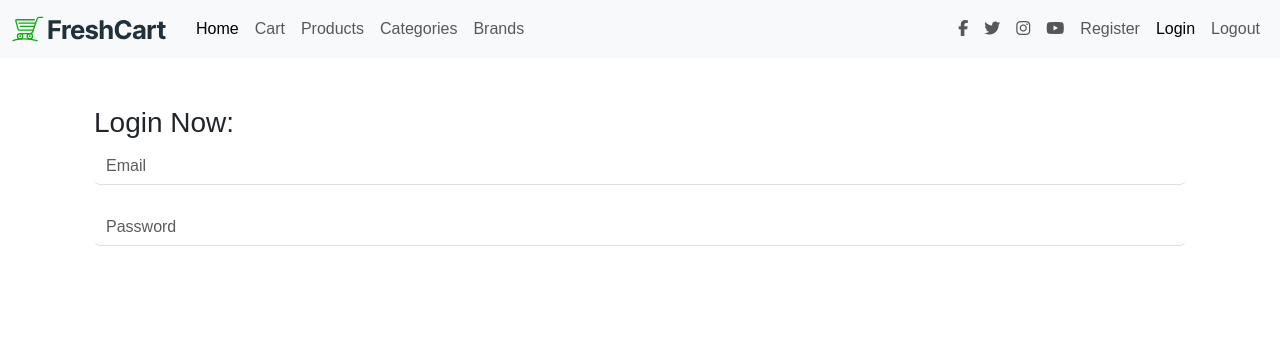
Repository: YomnaWegdan/freshCart
Page: /login
The author's editor kept a copy of each file at every save. The page is drawn from the files as they stood at one save, then again after the next save.
The browser window is 1280 px wide. The pictures show the whole page.
The project was rebuilt for these pictures with package versions that can differ from the ones it lists, and the page was loaded fresh each time. Also part of the build but not shown: src/App.css, src/Components/Layout/Layout.module.css, src/Components/Home/Home.jsx, src/Components/Cart/Cart.jsx, src/Components/Products/Products.jsx, src/Components/Brands/Brands.jsx, src/Components/Categories/Categories.jsx, src/Components/Register/Register.jsx and 1 more.

Above is the page before, as saved 2024-02-08 20:17:09.

After the next save:
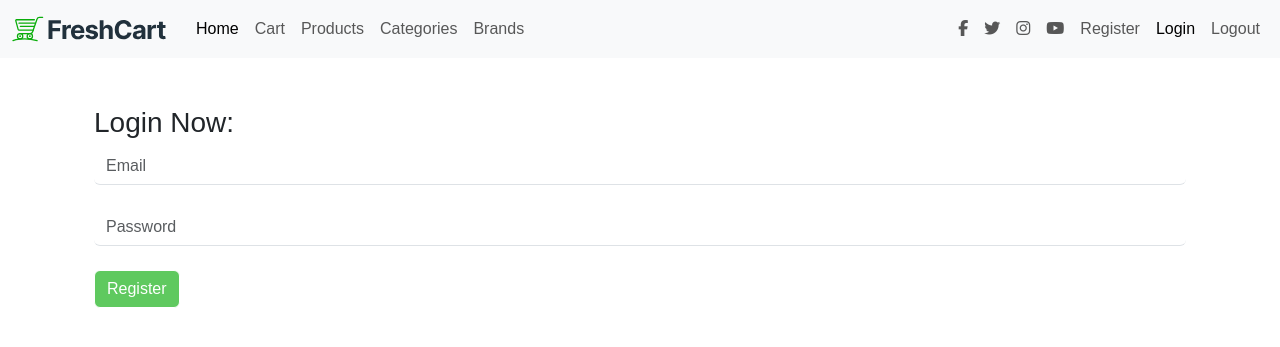
Saved 54 s later.
--- a/src/Components/Login/Login.jsx
+++ b/src/Components/Login/Login.jsx
@@ -70,6 +70,26 @@ export default function Login() {
             />
             {formik.errors.password && formik.touched.password ? <div className="alert alert-danger p-2">{formik.errors.password}</div>:''}
 
+            {loading ? (
+              <button type=" button" className="btn bg-main text-white ">
+              <ThreeDots
+              visible={true}
+              height="25"
+              width="25"
+              color="white"
+              radius="9"
+              ariaLabel="three-dots-loading"
+              wrapperStyle={{}}
+              wrapperClass=""
+              />                  </button>
+            ) : (
+              <button
+                disabled={!(formik.dirty && formik.isValid)}
+                className="btn bg-main text-white "
+              >
+                Register
+              </button>
+            )}
             </form>
           </div>
         </div>
